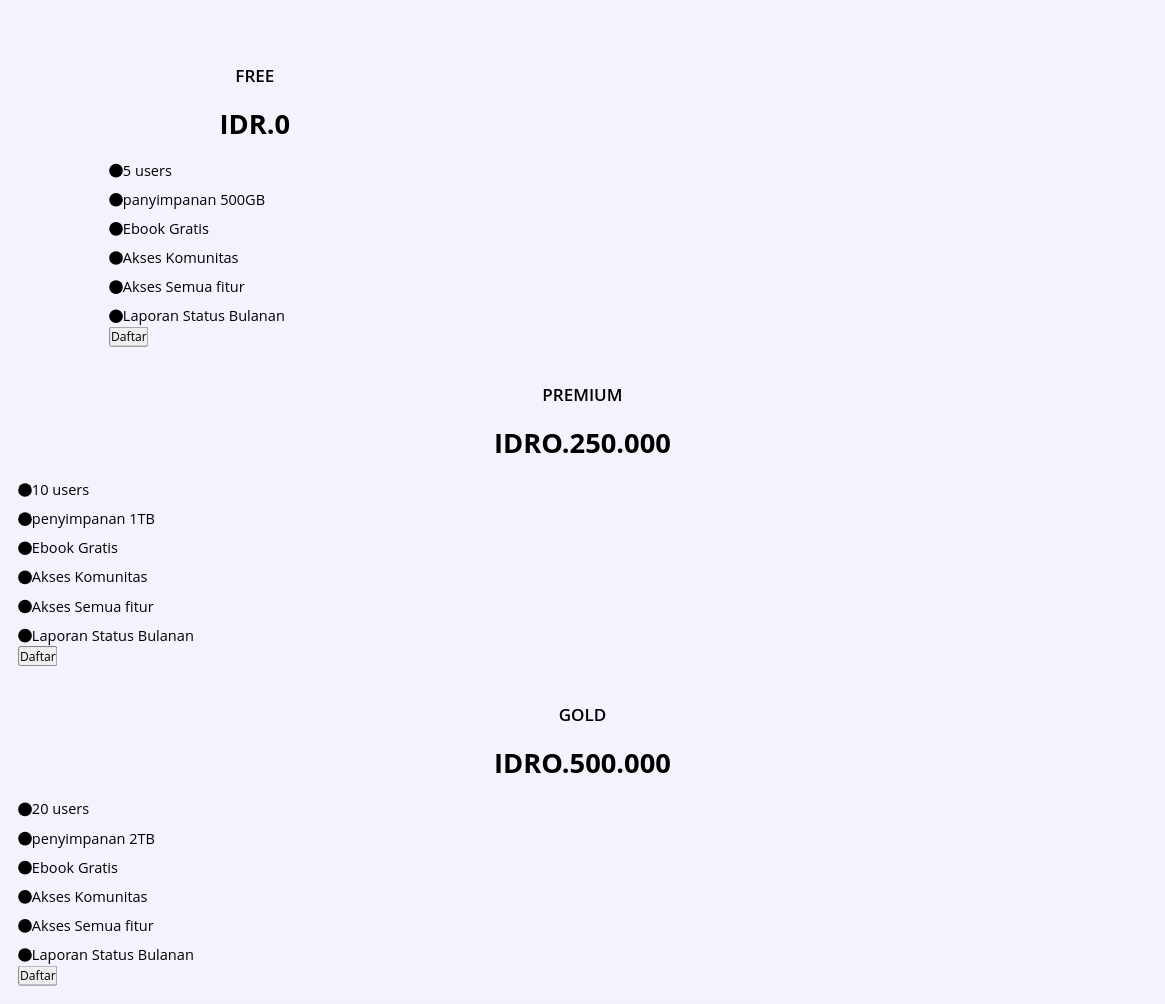
Repository: TUTJAL/my-website
Page: card.html
These files come from the project's save history. The page is drawn as it stood at one moment and after a run of saves; the edit follows.
The browser window is 1280 px wide. The pictures show the whole page, at 91% of full size.

Above is the page before, as saved 2024-06-20 11:13:54.

After the next 2 saves:
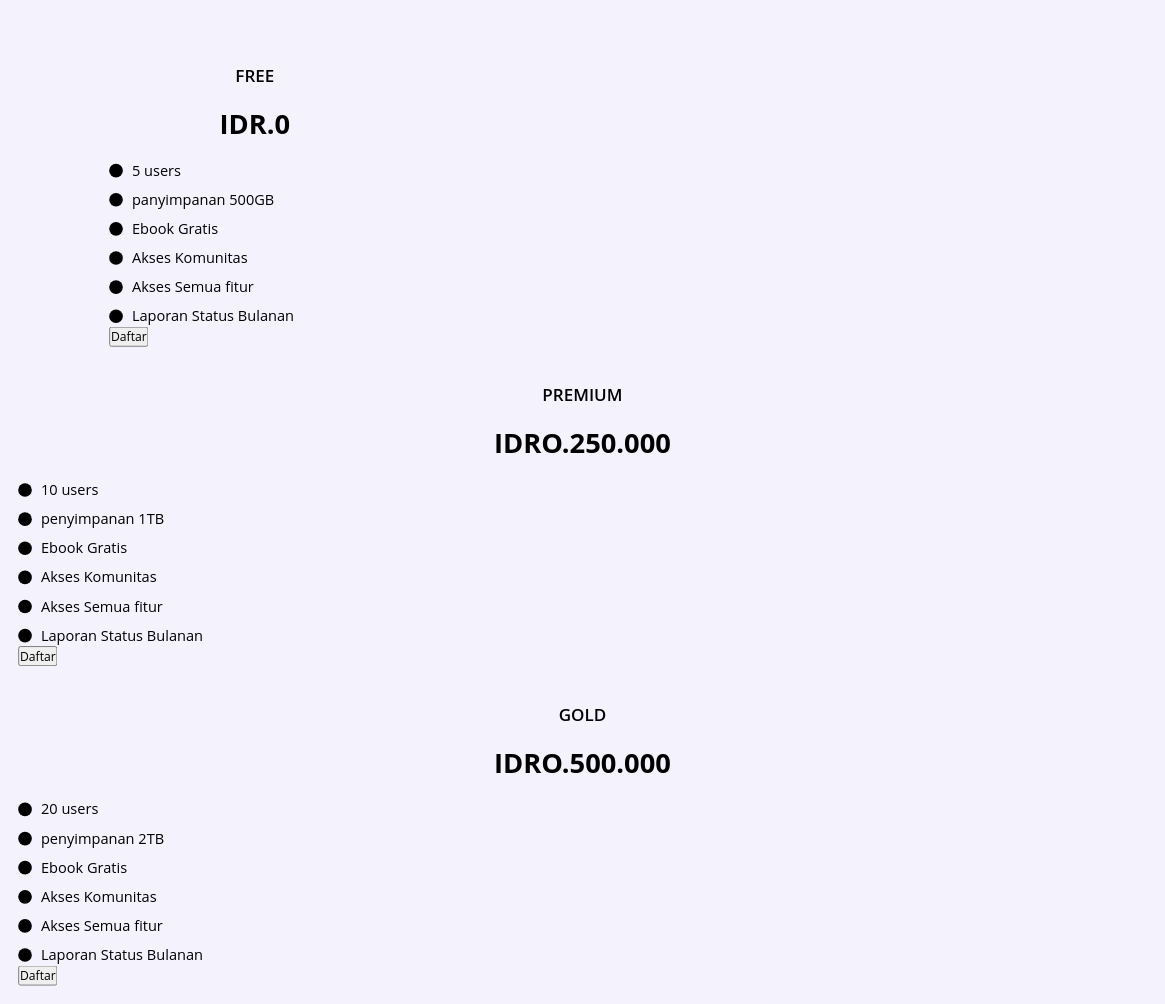
The 2 saves are shown as one change because they came seconds apart.
The last was saved 13 s later.
--- a/card.css
+++ b/card.css
@@ -61,5 +61,5 @@ body{
     border-radius: 50%;
     color: white;
     font-size: 10px;
-    margin-right: ;
+    margin-right: 10px;
 }
